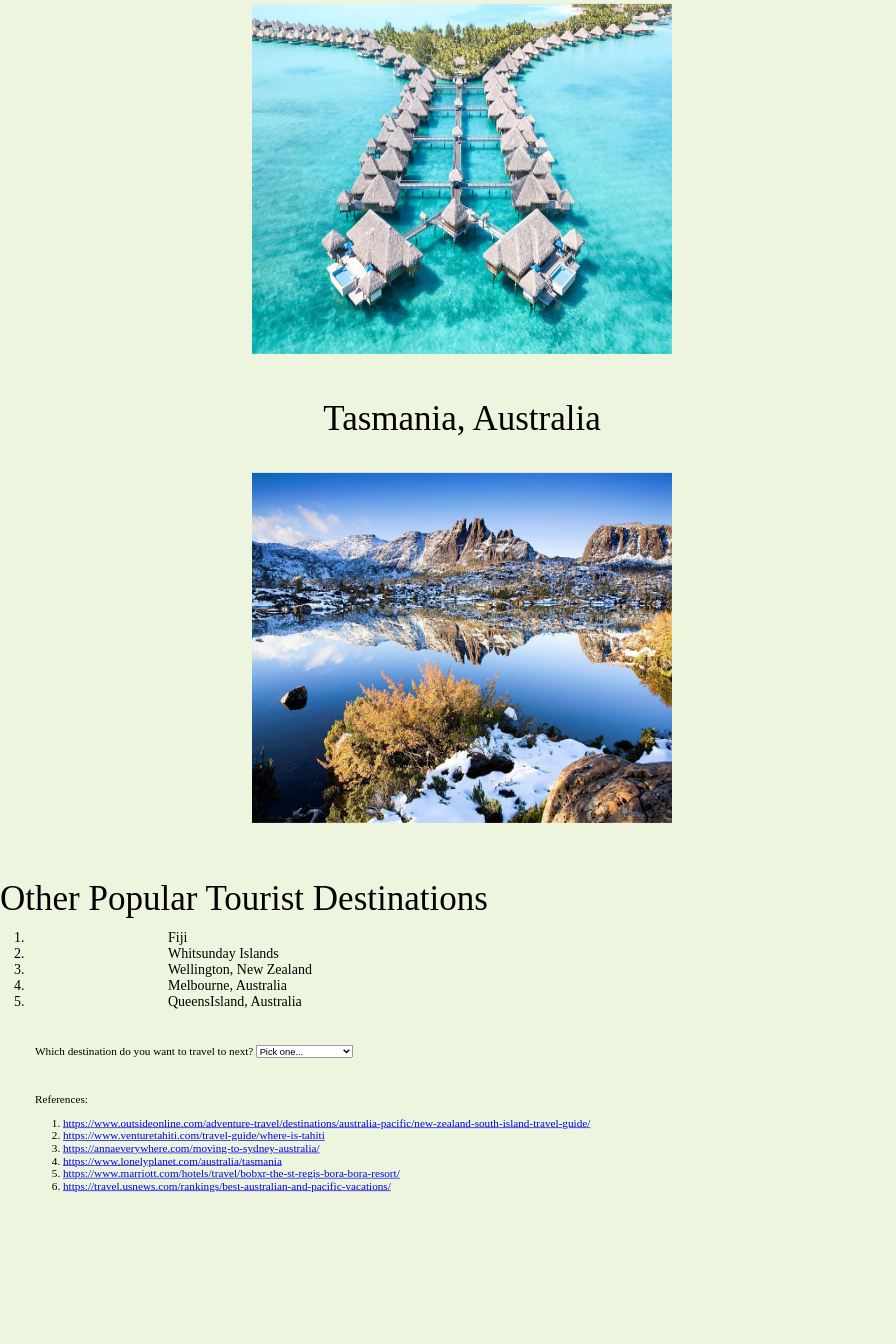
Repository: alharama/StaticWebsite
Page: au_page.html
These files come from the project's save history. The page is drawn as it stood at one moment and after the next save; the edit follows.
The browser window is 1280 px wide. The pictures show the part of the page from y = 2811 to 4731 px (the page is 4731 px tall), at 70% of full size.

Above is the page before, as saved 2021-09-30 01:56:44.

After the next save:
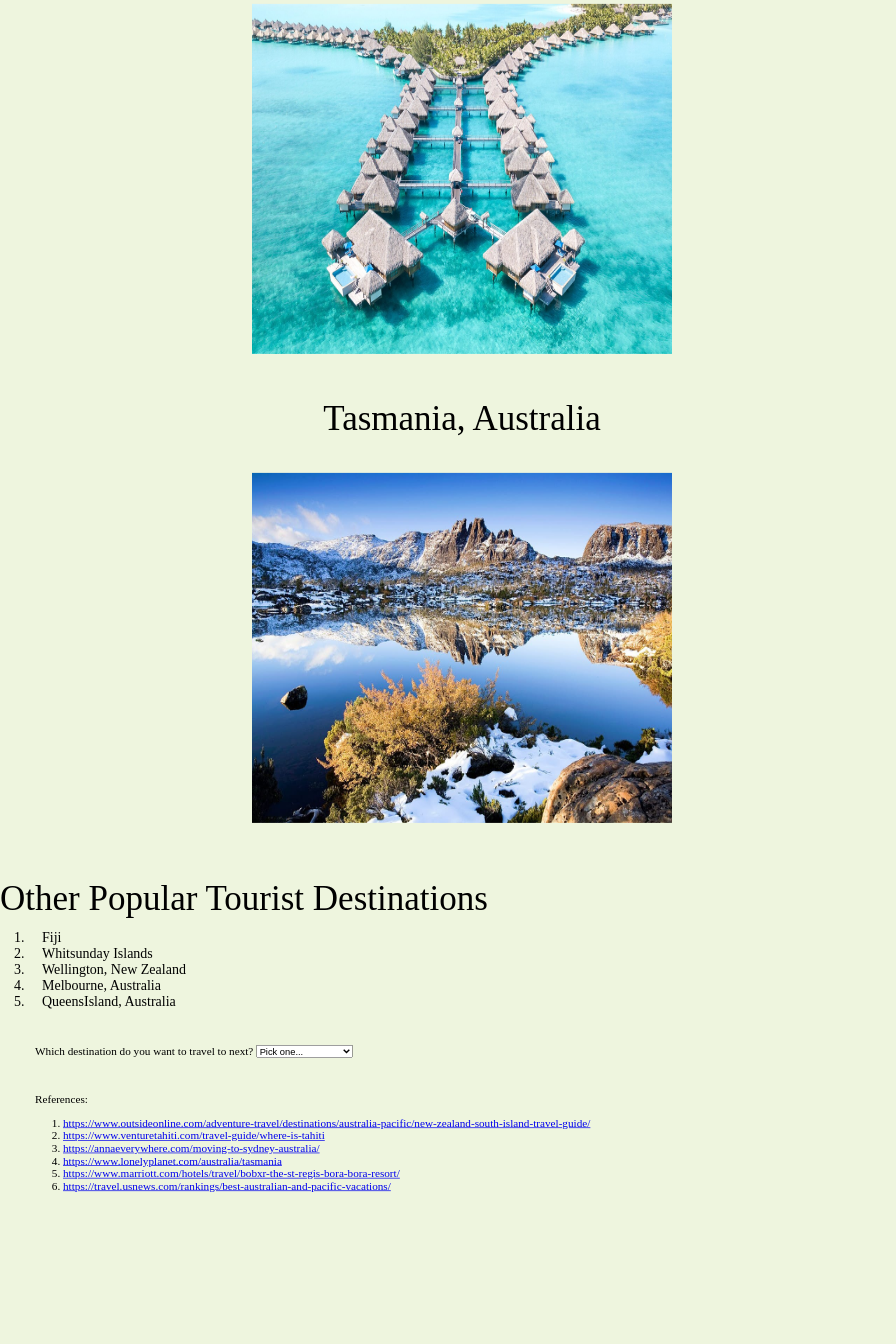
Saved 4 s later.
--- a/CSS/stylesheet.css
+++ b/CSS/stylesheet.css
@@ -82,7 +82,7 @@ body{
     font-size: 50px;
 }
 .extra_destinations li{
-    padding-left: 200px;
+    padding-left: 20px;
     font-size: 20px;
 }
 
